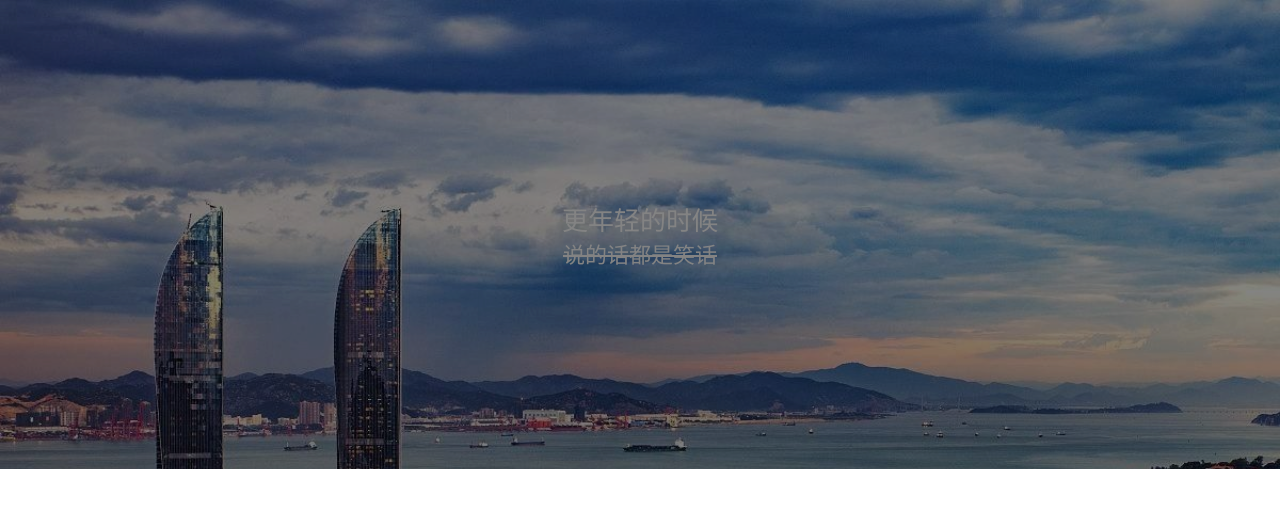
Repository: airsky0605/airsky0605.github.io
Page: index.html
These files come from the project's save history. The page is drawn as it stood at one moment and after a run of saves; the edit follows.
The browser window is 1280 px wide. The pictures show the whole page.

Above is the page before, as saved 2020-04-09 17:33:31.

After the next 2 saves:
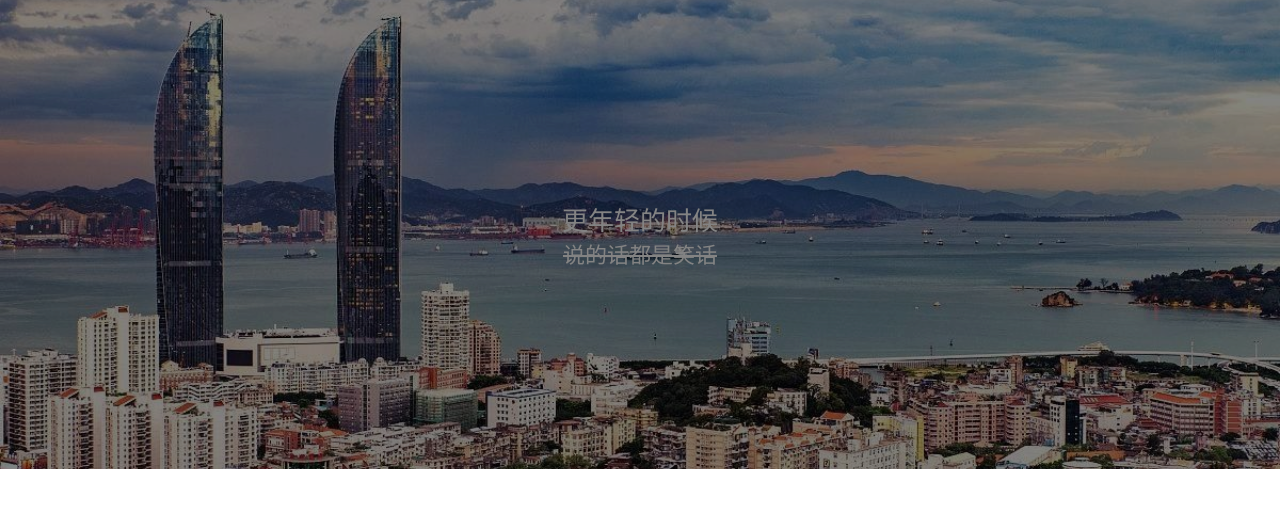
The 2 saves are shown as one change because they came seconds apart.
The last was saved 6 min 2 s later.
--- a/css/common.css
+++ b/css/common.css
@@ -1,6 +1,6 @@
 .banner{
   position: relative;
-  background: url(../img/banner.jpeg) 0% 0% / cover no-repeat grey;
+  background: url(../img/banner.jpeg) 0% 50% / cover no-repeat grey;
 }
 .banner ::after{
   content: "";
